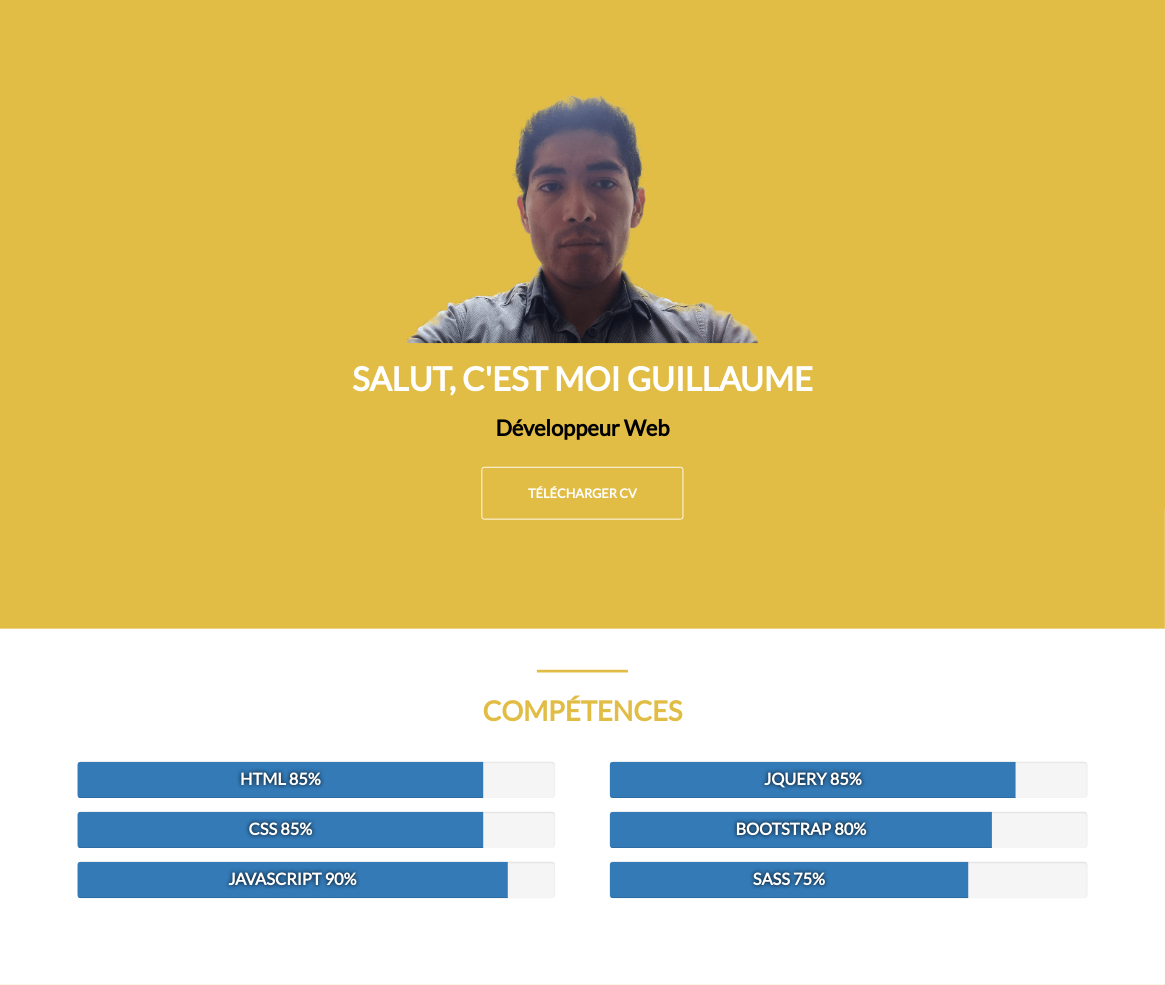
Repository: 0Memo/mon-cv
Page: index.html
The author's editor kept a copy of each file at every save. The page is drawn from the files as they stood at one save, then again after the next save.
The browser window is 1280 px wide. The pictures show the whole page, at 91% of full size.

Above is the page before, as saved 2020-12-28 21:14:17.

After the next save:
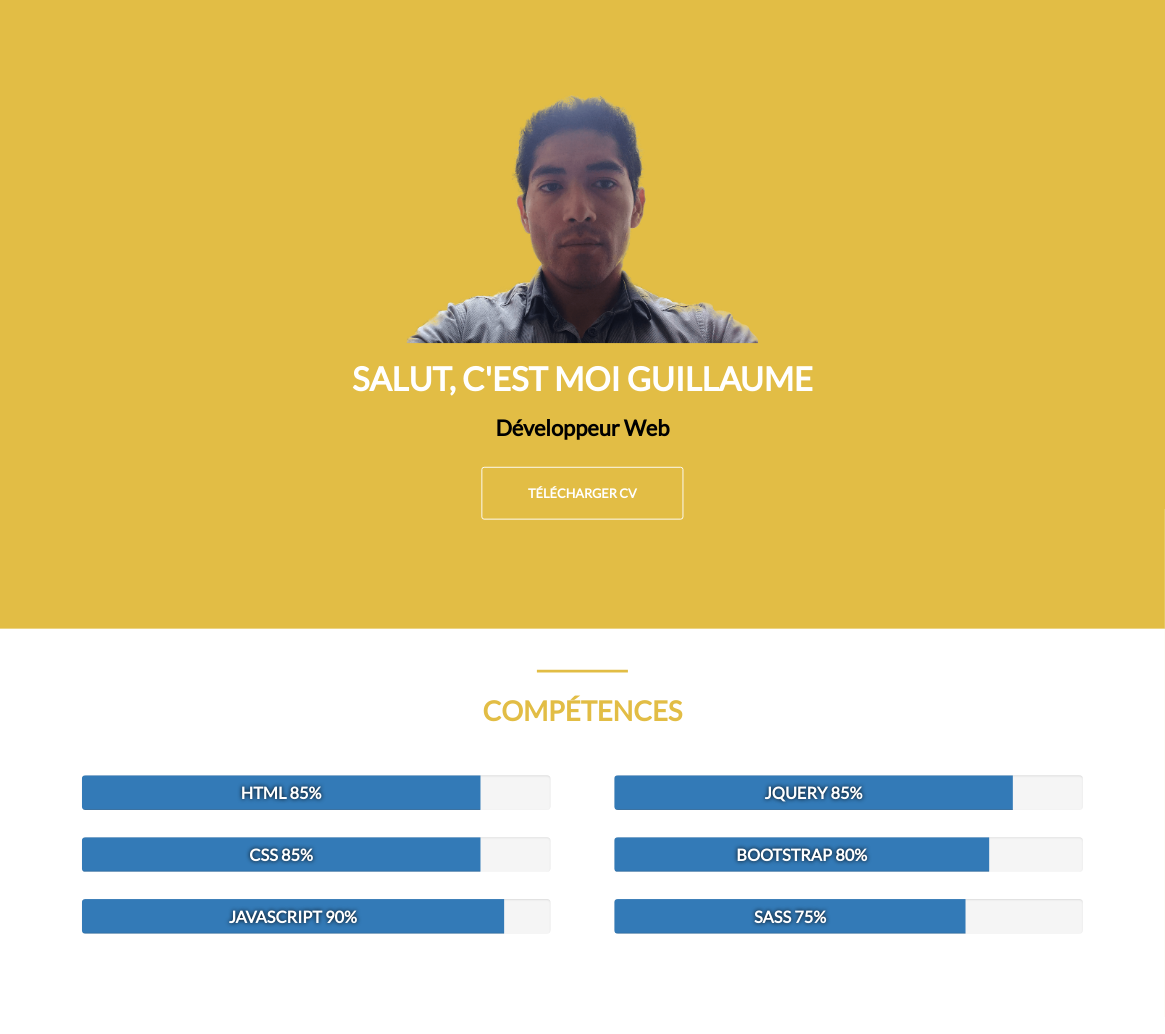
Saved 44 s later.
--- a/css/styles.css
+++ b/css/styles.css
@@ -78,8 +78,8 @@ section {
 }
 
 #skills .progress {
-    margin: 15px;
-    height: 40px;
+    margin: 30px 20px;
+    height: 100%;
 }
 
 
